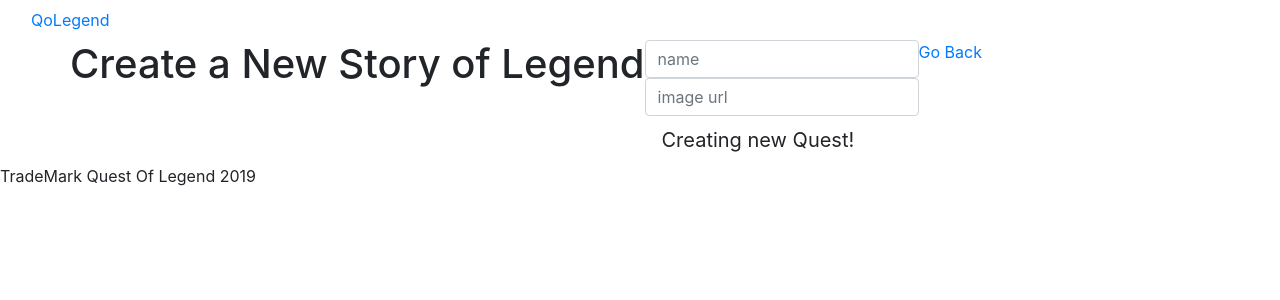
Repository: Hoangvo92/aws-program
Page: http://localhost/quests/new
The author's editor kept a record of every edit. The page is drawn from the files as they stood at one moment, then again after the next edit.
The browser window is 1280 px wide. The pictures show the whole page.
The page is served by the project's Node server (quests-of-legend/app.js).

Above is the page before.

After the next edit:
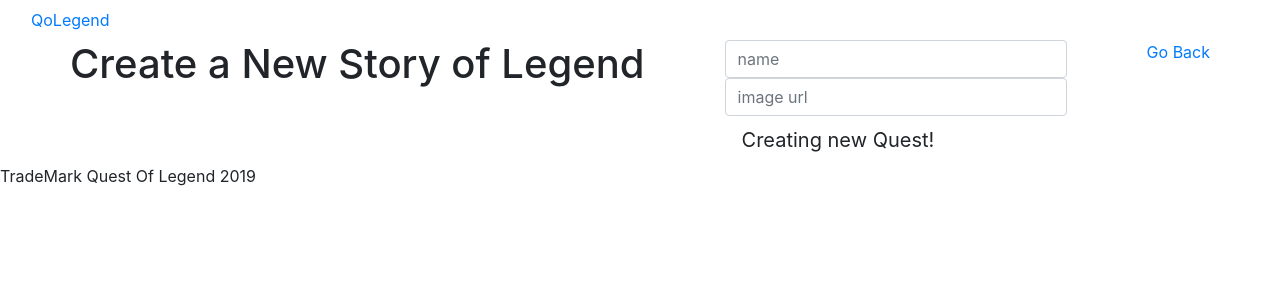
The edit:
--- a/quests-of-legend/views/new.ejs
+++ b/quests-of-legend/views/new.ejs
@@ -2,7 +2,7 @@
 <div class="container">
     <div class="row">
         <h1>Create a New Story of Legend</h1>
-        <div>
+        <div style="width: 30%; margin: 0 auto">
           <form action="/quests" method="POST">
              <input class="form-control" type="text" name="name" placeholder="name">
              <input class="form-control" type="text" name="image" placeholder="image url">
